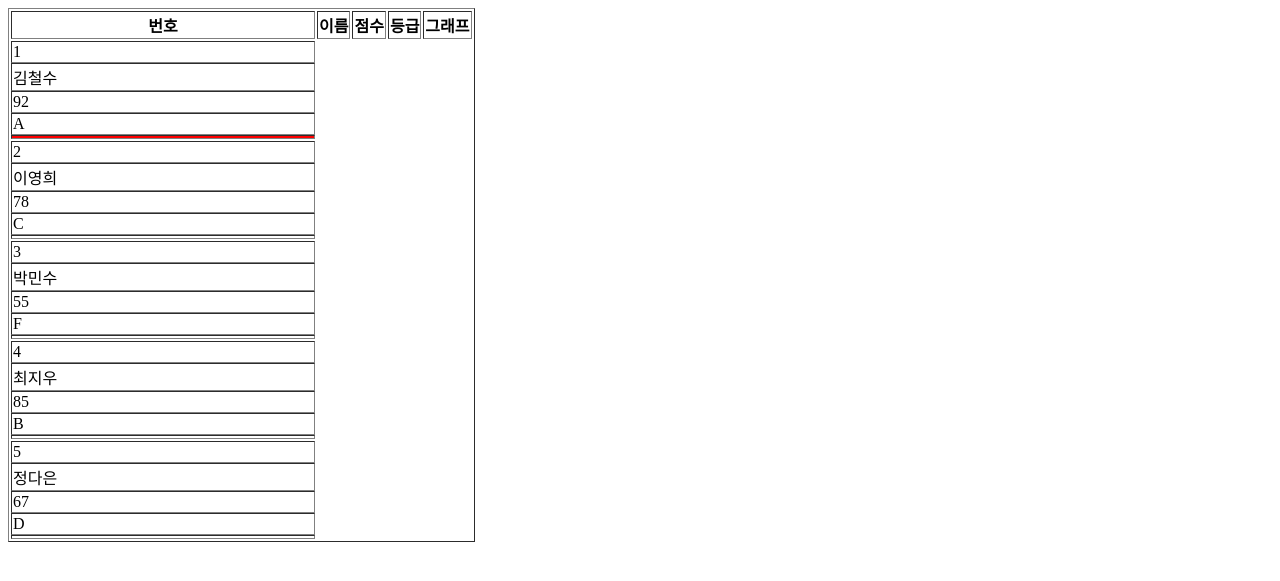
Repository: kkj68106810-dot/jsp2026
Page: http://localhost/chapter01/example_score.jsp
The author's editor kept a copy of each file at every save. The page is drawn from the files as they stood at one save, then again after the next save.
The browser window is 1280 px wide. The pictures show the whole page.
The page is served by Tomcat 9.

Above is the page before, as saved 2026-10-16 05:11:09.

### chapter01/src/main/webapp/example_score.jsp
<%@ page language="java" contentType="text/html; charset=UTF-8"
    pageEncoding="UTF-8" import="java.util.*" %>
<!DOCTYPE html>
<html>
<head>
<meta charset="UTF-8">
<title>Insert title here</title>
<style>
	tr td{
		display: block
	}
	.score.A{
		width: 100%;
		height: 80%;
		background-color: red;
	}
</style>

</head>
<body>
	<%!
		String[] names= {"김철수", "이영희", "박민수", "최지우", "정다은"};
		int[] scores = {92, 78, 55, 85, 67};

		private String getGrade(int score) {
			String resultGrade = "F";
			System.out.println(score);
			for(int i = 0; i < scores.length; i++) {
				if(score >= 90) {
					resultGrade = "A";
				} else if (score >= 80) {
					resultGrade = "B";
				} else if (score >= 70) {
					resultGrade = "C";
				} else if (score >= 60) {
					resultGrade = "D";
				}
			}
			return resultGrade;
		}
	%>
	<table border="1">
		<tr>
			<th>번호</th>
			<th>이름</th>
			<th>점수</th>
			<th>등급</th>
			<th>그래프</th>
		</tr>
		<% for(int j = 0 ; j < names.length; j++) { %>
		<tr>

			<td><%=j+1%></td>
			<td><%=names[j]%></td>
			<td><%=scores[j]%></td>
			<td><%=getGrade(scores[j]) %></td>
			<td style="width:300px" class="score <%=getGrade(scores[j])%> ">


			</td>

		</tr>
		<% } %>

	</table>
</body>
</html>

After the next save:
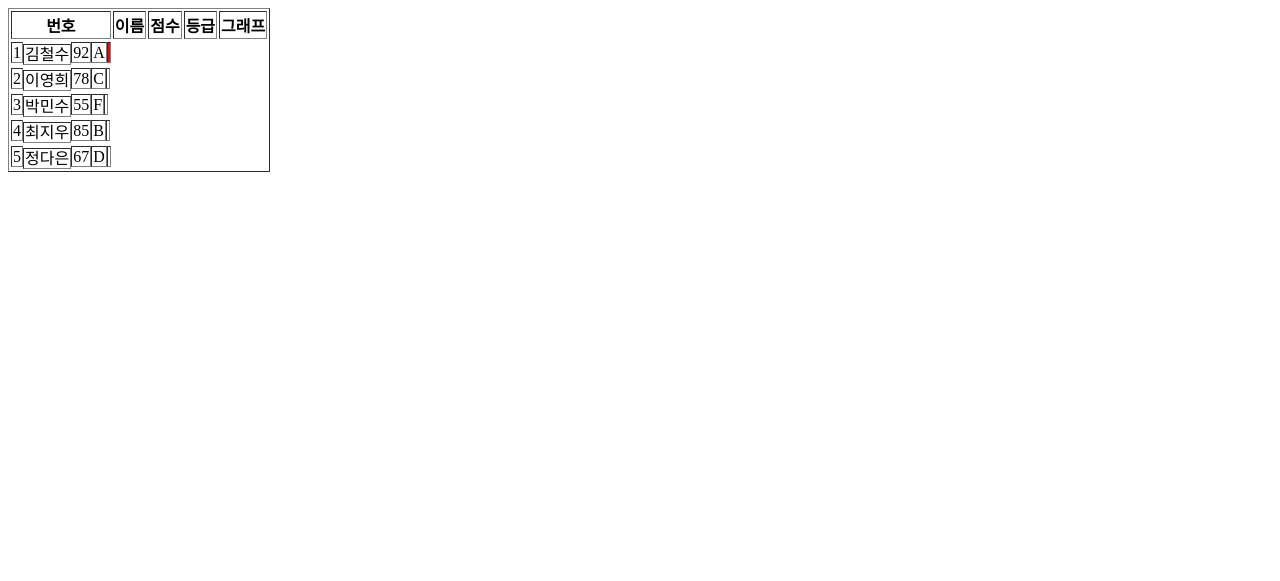
Saved 4 s later.
--- a/chapter01/src/main/webapp/example_score.jsp
+++ b/chapter01/src/main/webapp/example_score.jsp
@@ -7,7 +7,7 @@
 <title>Insert title here</title>
 <style>
 	tr td{
-		display: block
+		display: inline
 	}
 	.score.A{
 		width: 100%;
